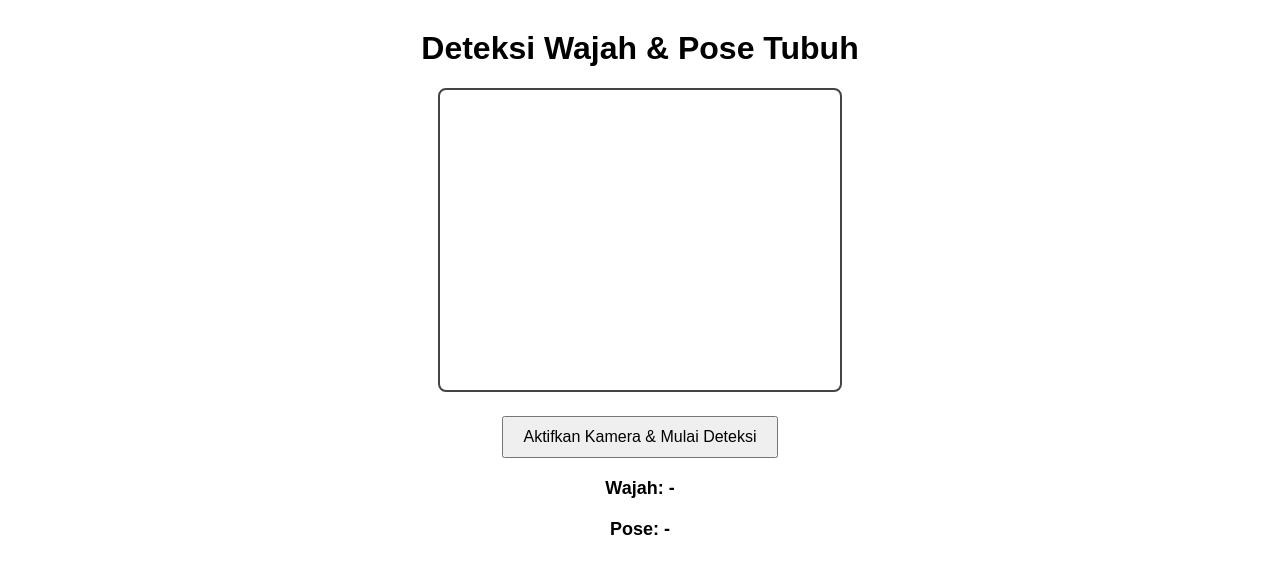
Repository: RalfyBawinto/working-teachable-machine
Page: index.html
An editor plug-in stored every save of this project. The page is shown before and after the next save, followed by the edit.
The browser window is 1280 px wide. The pictures show the whole page.

Above is the page before, as saved 2025-04-21 22:26:47.

After the next save:
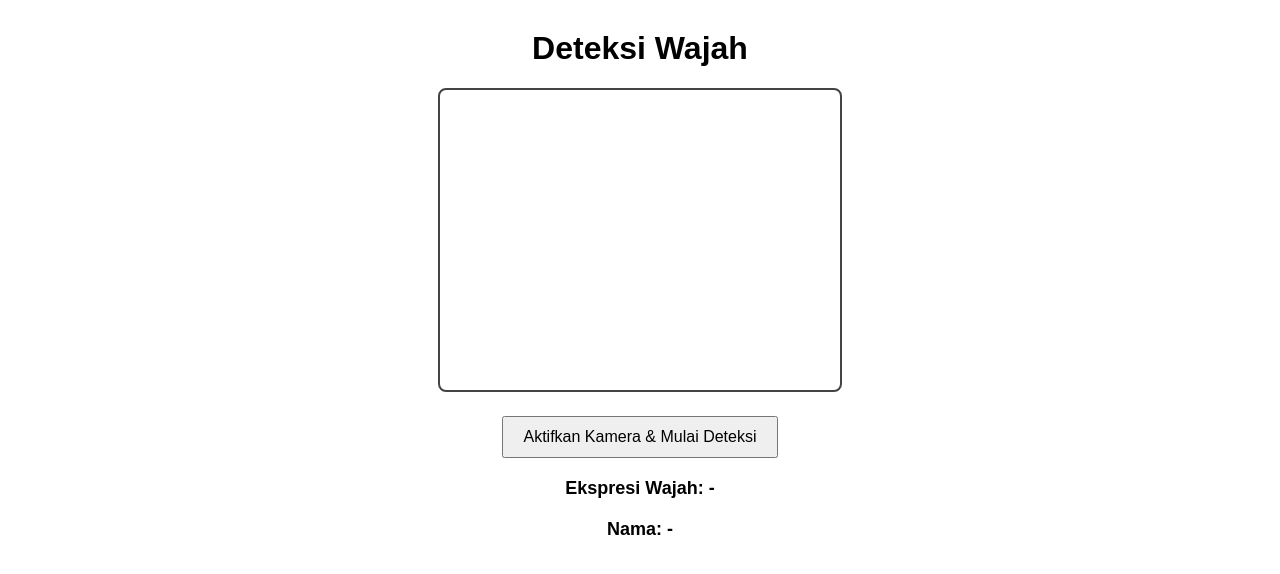
Saved 2 min 47 s later.
--- a/index.html
+++ b/index.html
@@ -28,21 +28,20 @@
     </style>
   </head>
   <body>
-    <h1>Deteksi Wajah & Pose Tubuh</h1>
+    <h1>Deteksi Wajah</h1>
     <video id="video" autoplay playsinline muted></video>
     <canvas id="canvas" width="400" height="300" style="display: none"></canvas>
     <br />
     <button onclick="start()">Aktifkan Kamera & Mulai Deteksi</button>
 
-    <div class="output" id="face-output">Wajah: -</div>
-    <div class="output" id="pose-output">Pose: -</div>
+    <div class="output" id="face-output">Ekspresi Wajah: -</div>
+    <div class="output" id="name-output">Nama: -</div>
 
     <!-- TensorFlow.js wajib -->
     <script src="https://cdn.jsdelivr.net/npm/@tensorflow/tfjs@3.21.0/dist/tf.min.js"></script>
 
     <!-- Teachable Machine -->
     <script src="https://cdn.jsdelivr.net/npm/@teachablemachine/image@0.8/dist/teachablemachine-image.min.js"></script>
-    <script src="https://cdn.jsdelivr.net/npm/@teachablemachine/pose@0.8/dist/teachablemachine-pose.min.js"></script>
 
     <script>
       const faceModelURL =
@@ -50,7 +49,7 @@
       const faceModel3URL =
         "https://teachablemachine.withgoogle.com/models/1E0LcWWmy/";
 
-      let faceModel, faceModel3, poseModel, video, canvas, ctx;
+      let faceModel, faceModel3, video, canvas, ctx;
 
       async function start() {
         video = document.getElementById("video");
@@ -87,25 +86,24 @@
       async function loop() {
         ctx.drawImage(video, 0, 0, canvas.width, canvas.height);
         await predictFace();
-        // await predictPose(); // Model pose dibatalkan untuk sementara
         requestAnimationFrame(loop);
       }
 
       async function predictFace() {
-        // Prediksi menggunakan model wajah umum
+        // Prediksi menggunakan model wajah umum (model 1)
         const prediction = await faceModel.predict(canvas);
         let result = prediction
           .map((p) => `${p.className}: ${(p.probability * 100).toFixed(1)}%`)
           .join(" | ");
-        document.getElementById("face-output").innerText = "Wajah: " + result;
+        document.getElementById("face-output").innerText =
+          "Ekspresi Wajah: " + result;
 
         // Prediksi menggunakan model wajah 3 (5 kategori manusia)
         const prediction3 = await faceModel3.predict(canvas);
         let result3 = prediction3
           .map((p) => `${p.className}: ${(p.probability * 100).toFixed(1)}%`)
           .join(" | ");
-        document.getElementById("face-output").innerText =
-          "Wajah 3: " + result3;
+        document.getElementById("name-output").innerText = "Nama: " + result3;
       }
     </script>
   </body>
